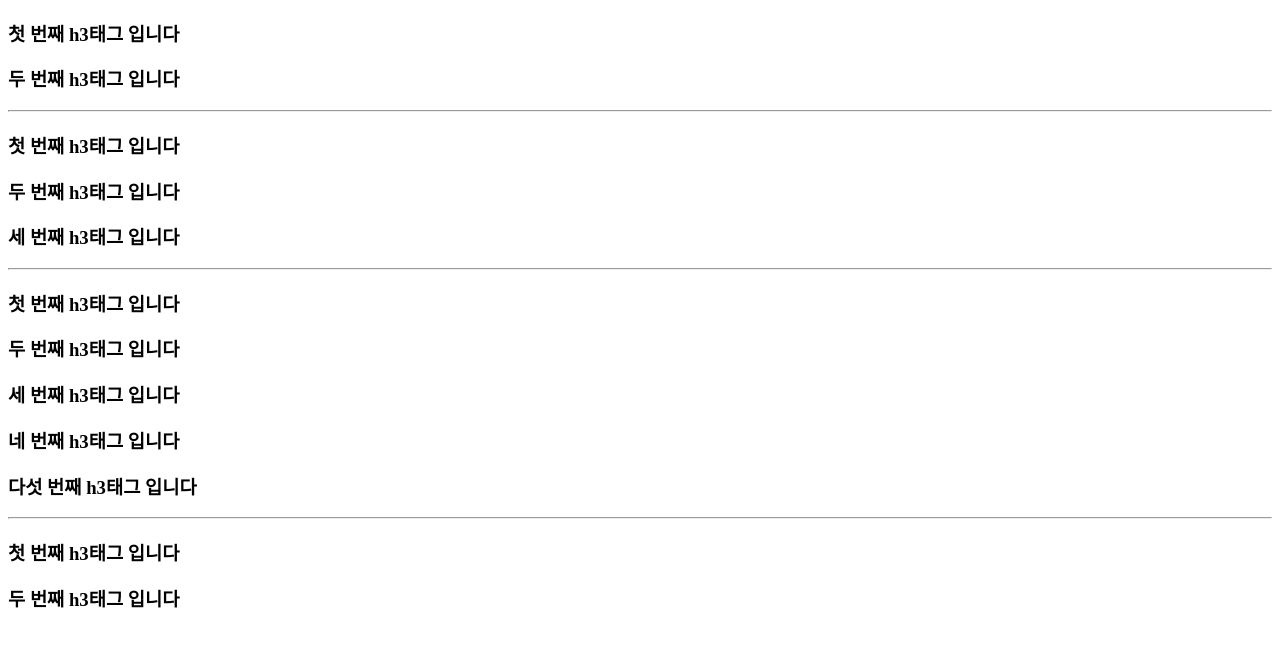
Repository: HyoJun00/Vue_JS
Page: Component/src/main/webapp/index.html
The author's editor kept a copy of each file at every save. The page is drawn from the files as they stood at one save, then again after the next save.
The browser window is 1280 px wide. The pictures show the whole page.

Above is the page before, as saved 2025-07-15 05:50:53.

### Component/src/main/webapp/index.html
<!DOCTYPE html>
<html>
<head>
<meta charset="UTF-8">
<title>Insert title here</title>
<script src="https://cdn.jsdelivr.net/npm/vue@2"></script>
<script>
	Vue.component('component1', {
		template : '<div>'
				 + '<h3>첫 번째 h3태그 입니다</h3>'
				 + '<h3>두 번째 h3태그 입니다</h3>'
				 + '</div>'
	})

	Vue.component('component2', {
		template : '<h3>세 번째 h3태그 입니다</h3>'
	})

	Vue.component('data_component', {
		template : '<div>'
				 + '<h3>데이터를 사용하는 템플릿</h3>'
				 + '</div>'
	})

	window.onload = function(){
		var test1 = new Vue({
			el : '#test1'
		})

		var test2 = new Vue({
			el : '#test2'
		})

		var test3 = new Vue({
			el : '#test3',
			components : {
				'component3' : {
					template : '<h3>네 번째 h3태그 입니다</h3>'
				},
				'component4' : {
					template : '<h3>다섯 번째 h3태그 입니다</h3>'
				}
			}
		})

		var test4 = new Vue({
			el : '#test4'
		})
	}
</script>
</head>
<body>
	<div id="test1">
		<component1></component1>
	</div>
	<hr/>
	<div id="test2">
		<component1></component1>
		<component2></component2>
		<!-- <component3></component3> -->
	</div>
	<hr/>
	<div id="test3">
		<component1></component1>
		<component2></component2>
		<component3></component3>
		<component4></component4>
	</div>
	<hr/>
	<div id="test4">
		<component1></component1>
	</div>
</body>
</html>

After the next save:
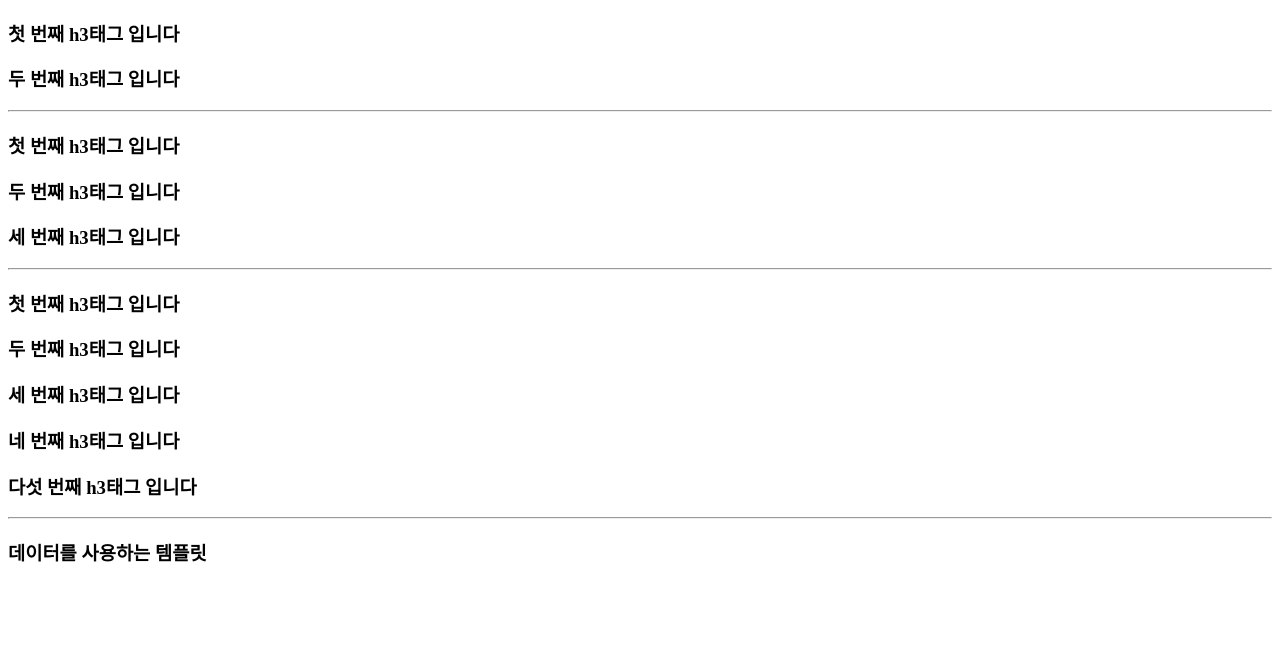
Saved 18 s later.
--- a/Component/src/main/webapp/index.html
+++ b/Component/src/main/webapp/index.html
@@ -68,7 +68,7 @@
 	</div>
 	<hr/>
 	<div id="test4">
-		<component1></component1>
+		<data_component></data_component>
 	</div>
 </body>
 </html>
